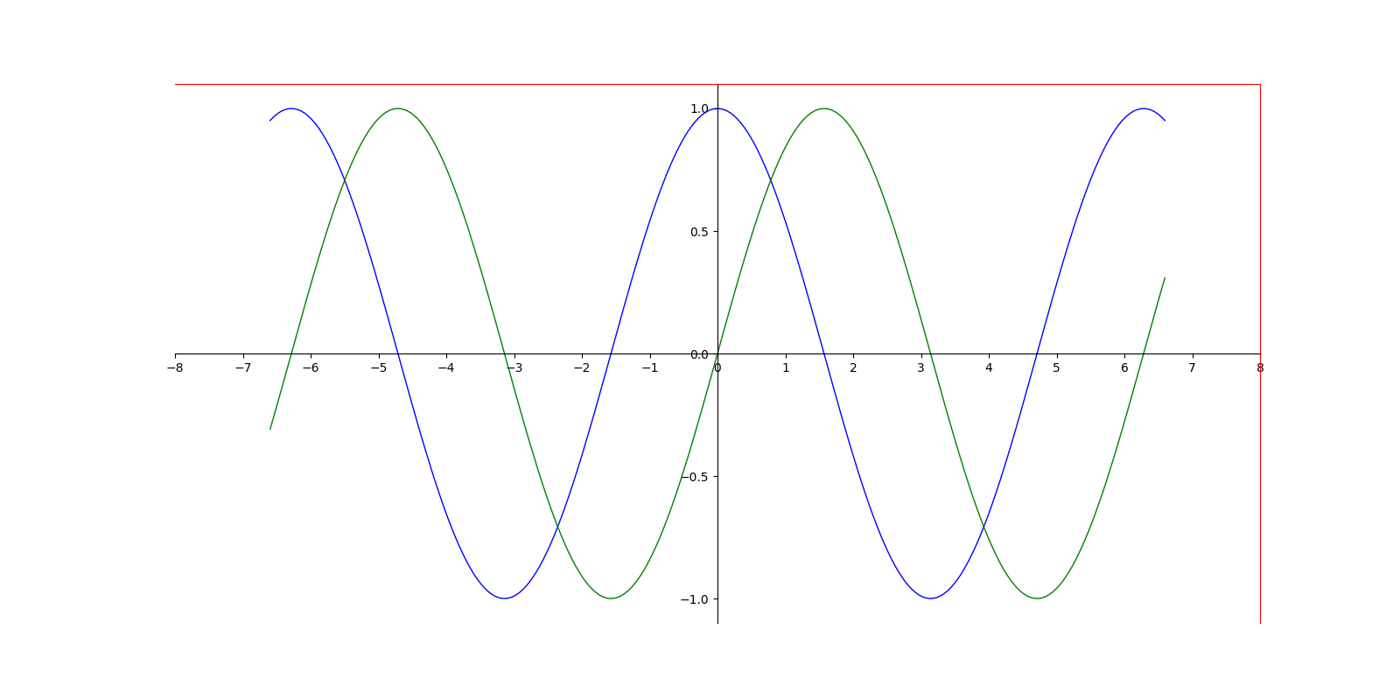
Repository: Jaamunozr/Archivos-python
Script's output: python Archivos Python/Graficas/ejecutable.py
An editor plug-in stored every save of this project. The script's output is shown before and after the next save, followed by the edit.
Figures wider than 1,400 px are first shrunk to that width. Animations are shown at an early frame. Random numbers start from a fixed seed.

Above is the script's output before, as saved 2020-02-16 21:31:55.

After the next save:
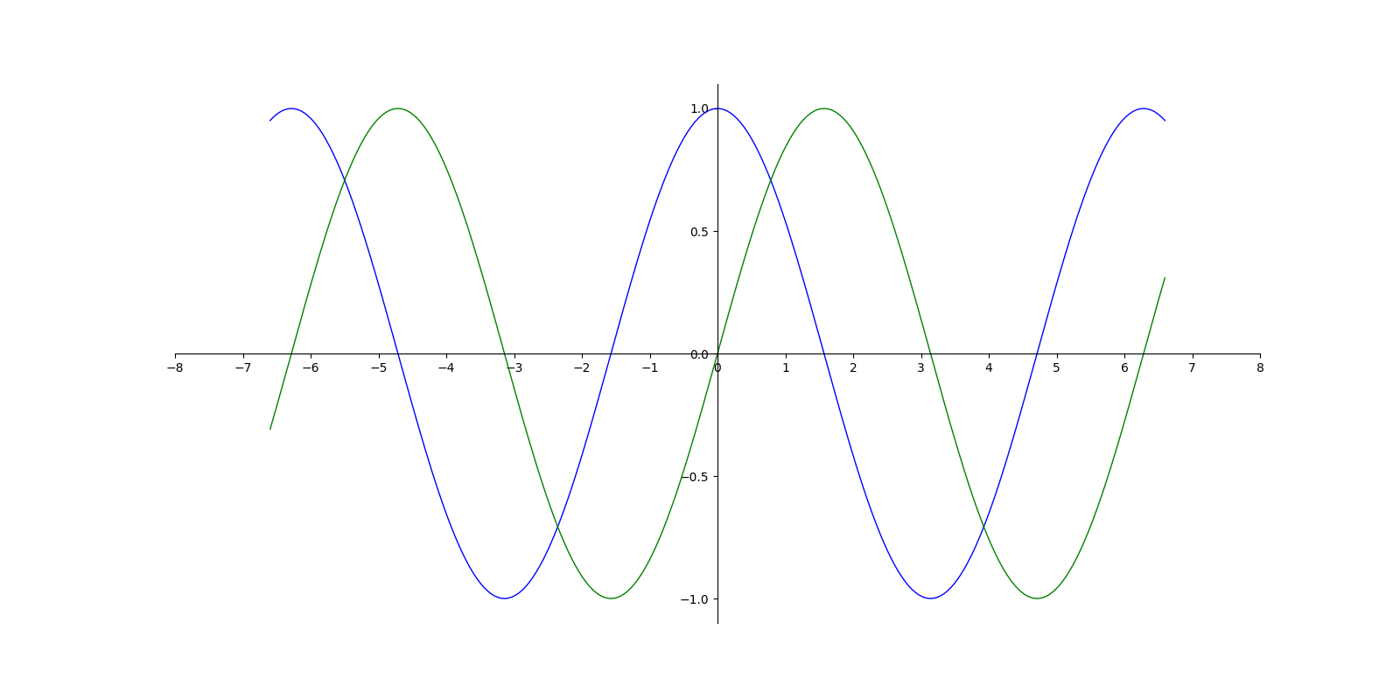
Saved 32 s later.
--- a/Archivos Python/Graficas/ejecutable.py
+++ b/Archivos Python/Graficas/ejecutable.py
@@ -33,11 +33,11 @@ pl.xticks([-np.pi, -np.pi/2, 0, np.pi/2, np.pi])
 pl.yticks([-1, 0, +1]) '''
 
 ax = pl.gca()  # gca stands for 'get current axis'
-ax.spines['right'].set_color('red')
-ax.spines['top'].set_color('red')
-ax.xaxis.set_ticks_position('bottom')
+ax.spines['right'].set_color('none')
+ax.spines['top'].set_color('none')
+#ax.xaxis.set_ticks_position('bottom')
 ax.spines['bottom'].set_position(('data',0))
-ax.yaxis.set_ticks_position('left')
+#ax.yaxis.set_ticks_position('left')
 ax.spines['left'].set_position(('data',0))
 
 # Guardar la figura usando 72 puntos por pulgada
